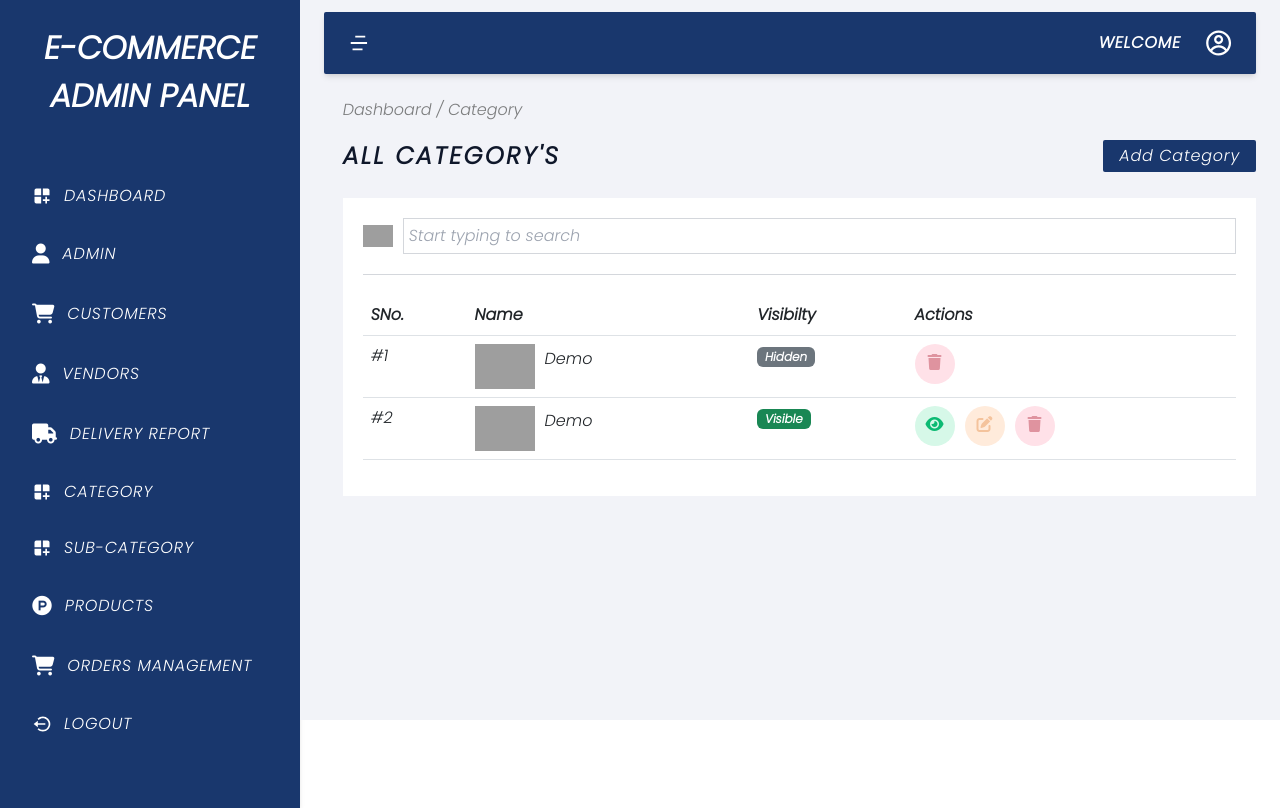
Repository: FlyweisReact/Hariom-Admin-Panel
Page: /E-Commerce/Category
An editor plug-in stored every save of this project. The page is shown before and after a run of saves, followed by the edit.
The browser window is 1280 px wide. The pictures show the whole page.
Pictures or frames that could not be fetched are drawn as grey boxes. Some web libraries are served in a nearby version. The project was rebuilt for these pictures with package versions that can differ from the ones it lists, and the page was loaded fresh each time. Also part of the build but not shown: src/vendorPanel/forms/VendorLogin.jsx, src/vendorPanel/layout/Navbar.jsx, src/vendorPanel/layout/Sidebar.jsx, src/vendorPanel/layout/HOC.jsx, src/vendorPanel/pages/AdminDiscount.js, src/vendorPanel/pages/AdminReview.js, src/vendorPanel/pages/Astrologers.js, src/vendorPanel/pages/Banners.js and 32 more.

Above is the page before, as saved 2023-04-26 19:17:02.

### public/index.html
<!-- @format -->

<!DOCTYPE html>
<html lang="en">
  <head>
    <meta charset="utf-8" />
    <meta name="viewport" content="width=device-width, initial-scale=1" />
    <meta name="theme-color" content="#000000" />
    <meta
      name="description"
      content="Web site created using create-react-app"
    />
    <link rel="apple-touch-icon" href="%PUBLIC_URL%/favicon.ico?v=2" />
    <link rel="manifest" href="%PUBLIC_URL%/manifest.json" />
    <link rel="preconnect" href="https://fonts.googleapis.com">
<link rel="preconnect" href="https://fonts.gstatic.com" crossorigin>
<link href="https://fonts.googleapis.com/css2?family=Roboto+Mono:ital,wght@1,300&display=swap" rel="stylesheet">
    <title>HariOm</title>
  </head>
  <body>
    <noscript>You need to enable JavaScript to run this app.</noscript>
    <div id="root"></div>
    <script src="https://code.jquery.com/jquery-3.6.0.min.js"></script>
    <script src="https://kit.fontawesome.com/b533b351e4.js" crossorigin="anonymous"></script>
  </body>
</html>

### src/index.js
import React from "react";
import ReactDOM from "react-dom/client";
import "./index.css";
import App from "./App";
import { BrowserRouter } from "react-router-dom";
import 'bootstrap/dist/css/bootstrap.min.css'

const root = ReactDOM.createRoot(document.getElementById("root"));
root.render(
  <React.StrictMode>
    <BrowserRouter>
      <App />
    </BrowserRouter>
  </React.StrictMode>
);

### src/index.css
/** @format */

@tailwind base;
@tailwind components;
@tailwind utilities;
@import url("https://fonts.googleapis.com/css2?family=Roboto+Mono:ital,wght@1,300&display=swap");
@font-face {
  font-family: Roboto;
  src: url("./Fonts/Poppins-LightItalic.ttf");
}
body {
  margin: 0;
  font-family: Roboto !important;
  -webkit-font-smoothing: antialiased;
  -moz-osx-font-smoothing: grayscale;
}

code {
  font-family: Roboto !important;
}

html {
  font-family: Roboto !important;
}

::-webkit-scrollbar {
  width: 10px;
}
.fa-trash {
  color: red;
  cursor: pointer;
}

.iCOn {

  transition: 0.5s;
  box-shadow: none;
  transform: scale(1);
}
.cardDiv{
  cursor: pointer;
}

.cardDiv:hover .iCOn{
  box-shadow: rgba(0, 0, 0, 0.35) 0px 5px 15px;
  transform: scale(1.3);
}

/* Track */
::-webkit-scrollbar-track {
  background: #f1f1f1;
}

/* Handle */
::-webkit-scrollbar-thumb {
  background: #888;
}

/* Handle on hover */
::-webkit-scrollbar-thumb:hover {
  background: #555;
}
.profileImage {
  width: 100px;
}
.fa-eye {
  color: #029aff;
  cursor: pointer;
}
.fa-edit {
  cursor: pointer;
  color: blue;
}

.View {
  border: 1px solid black;
  width: 100%;
  padding: 10px;
}

.main-card--container {
  display: grid;
  grid-template-columns: repeat(3, minmax(300px, 500px));
  grid-gap: 50px;
  justify-content: space-around;
}
.card-container {
  margin: 25px 0 auto;
  box-shadow: rgba(0, 0, 0, 0.35) 0px 5px 15px;
  position: relative;
  display: grid;
  grid-template-columns: 1fr;
  justify-content: space-around;
  align-items: flex-start;
}

.myEdit:focus {
  box-shadow: rgba(0, 0, 0, 0.35) 0px 5px 15px;
}



.AstroLogin{
  color: #fff;
  background-color: #2b7a8e;
  padding: 10px;
  width: 380px;
  text-align: center;
  font-size: 20px;
  background: linear-gradient(to left, #2b7a8e 50%, #fff 50%) right;
  background-size: 200%;
  transition: 0.5s ease-out;
  border: 1px solid #2b7a8e;
  margin-top: 10px;
  text-transform: uppercase;
}
.AstroLogin:hover {
  background-position: left;
  color: #2b7a8e;
}

.EcommerceAdminLogin{
  color: #fff;
  background-color: #19376d ;
  padding: 10px;
  width: 380px;
  text-align: center;
  font-size: 20px;
  background: linear-gradient(to left, #19376d 50%, #fff 50%) right;
  background-size: 200%;
  transition: 0.5s ease-out;
  border: 1px solid #19376d;
  margin-top: 10px;
  text-transform: uppercase;
}

.EcommerceAdminLogin:hover{
  background-position: left;
  color: #19376d;
}
.EcommerceVendorLogin{
  color: #fff;
  background-color: #576cbc;
  padding: 10px;
  width: 380px;
  text-align: center;
  font-size: 20px;
  background: linear-gradient(to left, #576cbc 50%, #fff 50%) right;
  background-size: 200%;
  transition: 0.5s ease-out;
  border: 1px solid #576cbc;
  margin-top: 10px;
  text-transform: uppercase;
}

.EcommerceVendorLogin:hover{
  background-position: left;
  color: #576cbc;
}

.view{
  background-color: #2196f3;
  color: #fff;
  width: 50%;
  padding: 5px;
}


.two-sec{
display:flex;
justify-content: space-evenly;
  justify-content: space-evenly;
}
.two-sec .left{
  width: 60%;
  background-color: #f6f1ef;
  padding: 20px;
 }
 .two-sec .left .head{
  font-size: 25px;
  font-weight: bold;
 }



.two-sec .right{
  width: 30%;
  background-color: #f6f1ef;
 }

 .searchDiv{
  width: 100%;
  display: flex;
  gap: 10px;
  border: 1px solid rgb(179, 179, 179);
  padding: 10px;
  margin-bottom: 20px;
  align-items: center;
 }
 .searchDiv input {
  width: 94%;
  outline: none;
  border: none;
 }

 .flexCont {
  display: flex;
  align-items: center;
  gap: 10px;
 }
 .flexCont img{
  width: 60px;
  background-color: #e9ecef;
 }

 .blockContent{
  display: block;
 }
 .blockContent p{
  margin: 0;
 }

 .checkBox{
  width: 50px;
  height: 25px;
  background-color: #e9ecef;
  border-radius: 50px;
  position: relative;
  cursor: pointer;
 }
 .checkBox span{
  width: 20px;
  height: 20px;
  border-radius: 100%;
  background-color: #fff;
  position: absolute;
  left: 5px;
  top: 2px;
 }
 .ActivecheckBox{
  width: 50px;
  height: 25px;
  background-color: #0d6efd;
  border-radius: 50px;
  position: relative;
  cursor: pointer;
 }
 .ActivecheckBox span{
  width: 20px;
  height: 20px;
  border-radius: 100%;
  background-color: #fff;
  position: absolute;
  right: 5px;
  top: 2px;
 }

 .fa-eye{
  color: #0cba73;
  background-color: #d6f8e8;
  width: 40px;
  text-align: center;
  height: 40px;
  display: flex;
  border-radius: 100%;
  justify-content: center;
  padding-top: 10px;  transition: 0.5s;
 }

 .fa-pen-to-square{
  color: #f4c39c;
  background-color: #ffebdb;
  width: 40px;
  text-align: center;
  height: 40px;
  display: flex;
  border-radius: 100%;
  justify-content: center;
  padding-top: 10px;
  cursor: pointer;  transition: 0.5s;
 }
 .fa-trash{
  color: #df939f;
  background-color: #ffe1e8;
  width: 40px;
  text-align: center;
  height: 40px;
  display: flex;
  border-radius: 100%;
  justify-content: center;
  padding-top: 10px;
  cursor: pointer;
  transition: 0.5s;
 }
 .fa-trash:hover{
  transform: scale(1.2);
 }
 .fa-eye:hover{
  transform: scale(1.2);
 }
 .fa-pen-to-square:hover{
  transform: scale(1.2);
 }
 .required{
  color: #e74260;
 }

 .headP{
  margin-left: 2%;
  color: #7b7c7d;
 }
 .filterBox{
  display: flex;
  align-items: center;
  gap: 10px;
  border-bottom: 1px solid #d4d7dc;
  padding-bottom: 20px;
  margin-bottom: 20px;
 }
 .filterBox img{
  width: 30px;

 }
 .filterBox input{
  width: 100%;
  border: 1px solid #d4d7dc;
  outline: none;
  padding: 5px;
  color: black;
 }
 .sectionCont{
  width: 98%;
  background-color: #fff;
  margin-left: 2%;
  padding: 20px;
 }

 .overFlowCont{
  width: 100%;
  overflow-x: auto;
 }

### src/E-CommerceAdmin/pages/ECategory.js
/** @format */

import React from "react";
import HOC from "../layout/HOC";
import { Table, Modal, Form, Button, Badge } from "react-bootstrap";

const ECategory = () => {
  const [modalShow, setModalShow] = React.useState(false);

  function MyVerticallyCenteredModal(props) {
    return (
      <Modal
        {...props}
        size="lg"
        aria-labelledby="contained-modal-title-vcenter"
        centered
      >
        <Modal.Header closeButton>
          <Modal.Title id="contained-modal-title-vcenter">
            {" "}
            Add Category
          </Modal.Title>
        </Modal.Header>
        <Modal.Body>
          <Form>
            <Form.Group className="mb-3">
              <Form.Label>Image</Form.Label>
              <Form.Control type="file" required />
            </Form.Group>
            <Form.Group className="mb-3">
              <Form.Label>Name</Form.Label>
              <Form.Control type="text" required />
            </Form.Group>
            <Form.Group className="mb-3">
              <Form.Label> Visibility</Form.Label>
              <Form.Select aria-label="Default select example" required>
                <option>-- Select --</option>
                <option>Hidden</option>
                <option>Visible</option>
              </Form.Select>
            </Form.Group>

            <Button style={{ backgroundColor: "#19376d", borderRadius: "0" }} type="submit">
              Submit
            </Button>
          </Form>
        </Modal.Body>
      </Modal>
    );
  }

  return (
    <>
      <MyVerticallyCenteredModal
        show={modalShow}
        onHide={() => setModalShow(false)}
      />

      <section>
        <p className="headP">Dashboard / Category</p>
        <div
          className="pb-4 sticky top-0  w-full flex justify-between items-center"
          style={{ width: "98%", marginLeft: "2%" }}
        >
          <span
            className="tracking-widest text-slate-900 font-semibold uppercase"
            style={{ fontSize: "1.5rem" }}
          >
            All Category's
          </span>
          <button
            onClick={() => {
              setModalShow(true);
            }}
            className="md:py-2 px-3 md:px-4 py-1 rounded-sm bg-[#19376d] text-white tracking-wider"
          >
            Add Category
          </button>
        </div>

        <section className="sectionCont">
          <div className="filterBox">
            <img
              src="https://t4.ftcdn.net/jpg/01/41/97/61/360_F_141976137_kQrdYIvfn3e0RT1EWbZOmQciOKLMgCwG.jpg"
              alt=""
            />
            <input type="search" placeholder="Start typing to search" />
          </div>

          <div className="overFlowCont">
            <Table>
              <thead>
                <tr>
                  <th>SNo.</th>
                  <th>Name</th>
                  <th>Visibilty</th>
                  <th>Actions</th>
                </tr>
              </thead>
              <tbody>
                <tr>
                <td>#1</td>
                  <td>
                  <span className="flexCont">
                      <img src='https://img.staticmb.com/mbcontent/images/uploads/2022/11/importance-for-vastu-for-home.jpg' alt="" />
                      <p> Demo</p>
                    </span>

                  </td>
                  <td>
                    <Badge bg='secondary' >Hidden</Badge>
                  </td>
                  <td>
                    <i className="fa-solid fa-trash" />
                  </td>
                </tr>
                <tr>
                <td>#2</td>
                  <td>
                  <span className="flexCont">
                      <img src='https://img.staticmb.com/mbcontent/images/uploads/2022/11/importance-for-vastu-for-home.jpg' alt="" />
                      <p> Demo</p>
                    </span>

                  </td>
                  <td>
                    <Badge bg='success' >Visible</Badge>
                  </td>
                  <td>
                  <span className="flexCont">
                      <i
                        class="fa-solid fa-eye"
                        onClick={() => setModalShow2(true)}
                      ></i>
                      <i
                        class="fa-solid fa-pen-to-square"
                        onClick={() => {
                          setEdit(true);
                          setModalShow(true);
                        }}
                      ></i>
                      <i
                        class="fa-sharp fa-solid fa-trash"
                        onClick={() => deleteHandler()}
                      ></i>
                    </span>
                  </td>
                </tr>
              </tbody>
            </Table>
          </div>
        </section>
      </section>
    </>
  );
};

export default HOC(ECategory);

### src/E-CommerceAdmin/layout/HOC.jsx
/** @format */

import React, { useState } from "react";
import Navbar from "./Navbar";
import Sidebar from "./Sidebar";

const HOC = (Wcomponenet) => {
  return function Component() {
    const [hamb, setHamb] = useState(false);
    return (
      <>
        <section className="flex overflow-x-hidden relative ">
          {/* Sidebar */}
          <div
            className={
              hamb
                ? " absolute top-0 z-30 md:w-auto shadow-md bg-slate-200  w-60 transition-all md:-left-full left duration-150  h-auto overflow-y-auto  left-0 "
                : " md:w-72 z-30 bg-slate-200  shadow-md  md:static absolute top-0 -left-full   transition-all duration-150  overflow-y-auto h-auto"
            }
            style={{ minWidth: "300px" }}
          >
            <Sidebar hamb={hamb} setHamb={setHamb} />
          </div>
          {/* Components & Navbar */}
          <div
            className={
              hamb
                ? " transition-all px-4 py-2  duration-150 w-full h-screen"
                : " w-full h-screen  px-4 py-2   z-50 transition-all duration-150 "
            }
            style={{backgroundColor : '#f2f3f8'}}
          >
            <Navbar hamb={hamb} setHamb={setHamb} />
            <div className="my-6 text-#000 h-[87%] wcomp overflow-y-auto">
              {" "}
              <Wcomponenet />
            </div>
          </div>
        </section>
      </>
    );
  };
};

export default HOC;

### src/E-CommerceAdmin/layout/Navbar.jsx
/** @format */

import { RiMenu4Line } from "react-icons/ri";
import { CgProfile } from "react-icons/cg";
import Form from "react-bootstrap/Form";
import { useState } from "react";
import Button from "react-bootstrap/Button";
import Modal from "react-bootstrap/Modal";
import Container from "react-bootstrap/Container";

function MyVerticallyCenteredModal(props) {
  return (
    <Modal
      {...props}
      size="lg"
      aria-labelledby="contained-modal-title-vcenter"
      centered
    >
      <Modal.Header closeButton>
        <Modal.Title id="contained-modal-title-vcenter">
          Edit Profile
        </Modal.Title>
      </Modal.Header>
      <Modal.Body>
        <Container style={{ width: "600px" }}>
          <Form>
            <Form.Group className="mb-3" controlId="formBasicEmail">
              <Form.Label>Name</Form.Label>
              <Form.Control type="text" placeholder="Admin" />
            </Form.Group>
            <Form.Group className="mb-3" controlId="formBasicPassword">
              <Form.Label>Email Address</Form.Label>
              <Form.Control type="email" placeholder="admin@gmail.com" />
            </Form.Group>
            <Form.Group className="mb-3" controlId="formBasicPassword">
              <Form.Label>Password</Form.Label>
              <Form.Control type="password" placeholder="Password" />
            </Form.Group>
            <Button variant="outline-success" type="submit">
              Edit
            </Button>
          </Form>
        </Container>
      </Modal.Body>
    </Modal>
  );
}

const Navbar = ({ hamb, setHamb }) => {
  const [modalShow, setModalShow] = useState(false);

  return (
    <>
      <MyVerticallyCenteredModal
        show={modalShow}
        onHide={() => setModalShow(false)}
      />

      <div
        className={
          hamb
            ? "flex  w-full justify-between  my-1 rounded-sm  p-4 py-3 shadow-md items-center  bg-slate-200 space-x-4"
            : "flex  w-full justify-between my-1 rounded-sm  p-4 py-3 shadow-md items-center  bg-slate-200 space-x-4"
        }
        style={{backgroundColor : '#19376d'}}
      >
        <RiMenu4Line
          onClick={() => setHamb(!hamb)}
          className="text-2xl font-bold text-gray-900 hover:scale-90 cursor-pointer"
          style={{color : '#fff'}}
        />

        <section className="flex sm:ml-auto justify-end sm:w-full items-center space-x-2  pr-2">
          <figcaption className="tracking-wider pl-1 font-semibold">
            <div className="lg:text-base text-sm text-gray-900  uppercase"    style={{color : '#fff'}}>
              Welcome
            </div>
          </figcaption>
        </section>

        <CgProfile
          onClick={() => setModalShow(true)}
          className="text-2xl sm:text-3xl font-bold text-[rgb(241,146,46)] cursor-pointer"
          style={{color : '#fff'}}
        />
      </div>
    </>
  );
};

export default Navbar;

### src/E-CommerceAdmin/layout/Sidebar.jsx
/** @format */

import React from "react";
import { RiCloseLine } from "react-icons/ri";
import { Link, useNavigate } from "react-router-dom";
import { BiLogOutCircle } from "react-icons/bi";
import { MdDashboardCustomize } from "react-icons/md";

const Sidebar = ({ hamb, setHamb }) => {
  const navigate = useNavigate();

  const nav = [
    {
      icon: <MdDashboardCustomize className="text-xl mr-3 rounded-full " />,
      link: "/E-Commerce/dashboard",
      name: "Dashboard",
    },

    {
      icon: (
        <i class="fa-solid fa-user text-xl mr-3 rounded-full"></i>
        ),
      link: "/E-Commerce/Admin",
      name: "Admin",
    },
    {
      icon: (
        <i className="fa-solid fa-cart-shopping text-xl mr-3 rounded-full"></i>
      ),
      link: "/E-Commerce/Admin/Customer",
      name: "Customers",
    },
    {
      icon:<i class="fa-solid fa-user-tie text-xl mr-3 rounded-full"></i>,
      link: "/E-Commerce/VendorList",
      name: "Vendors",
    },

    {
      icon: (
        <i class="fa-solid fa-truck  text-xl mr-3 rounded-full" ></i>
      ),
      link: "/E-Commerce/Admin/Delivery",
      name: "Delivery Report",
    },

    {
      icon: <MdDashboardCustomize className="text-xl mr-3 rounded-full " />,
      link: "/E-Commerce/Category",
      name: "Category",
    },

    {
      icon: (
        <MdDashboardCustomize className="text-xl mr-3 rounded-full " />
      ),
      link: "/E-Commerce/Admin/subCat",
      name: "Sub-Category",
    },

    {
      icon:<i className="fa-brands fa-product-hunt text-xl mr-3 rounded-full"></i>,
      link: "/E-Commerce/Product",
      name: "Products",
    },

    {
      icon: (
        <i className="fa-solid fa-cart-shopping text-xl mr-3 rounded-full"></i>
      ),
      link: "/E-commerce/Admin/Orders",
      name: "Orders Management",
    },
  ];

  const logOut = () => {
    navigate("/E-Commerce/login");
  };

  return (
    <>
      <aside
        className="p-4 h-auto"
        style={{ backgroundColor: "#19376d", minHeight: "100vh" }}
      >
        {/* Top */}
        <div className="w-full md:hidden relative  p-2 mb-4">
          <RiCloseLine
            onClick={() => setHamb(!hamb)}
            className="text-3xl  absolute top-2 sm:hover:rotate-[228deg] transition-transform font-bold right-2 sm:hover:text-[22px] text-[rgb(241,146,46)] cursor-pointer"
          />
        </div>{" "}
        <figure className="flex  flex-col items-center">
          <span
            className="font-bold text-[#fff]"
            style={{
              fontSize: "2rem",
              textAlign: "center",
              textTransform: "uppercase",
            }}
          >
            E-COMMERCE ADMIN PANEL
          </span>
        </figure>
        <nav className="py-6">
          {nav.map((nav) => {
            return (
              <Link
                to={nav.link}
                key={nav.name}
                className=""
                style={{ textDecoration: "none", textTransform: "uppercase" }}
              >
                <span
                  className="flex my-3 items-center cursor-pointer text-gray-900    tracking-wider p-2 rounded-sm"
                  style={{ color: "#FFF" }}
                >
                  {nav.icon} {nav.name}
                </span>
              </Link>
            );
          })}
          <span
            className="flex my-3 items-center cursor-pointer text-gray-900    tracking-wider p-2 rounded-sm"
            onClick={() => logOut()}
            style={{ color: "#FFF", textTransform: "uppercase" }}
          >
            <BiLogOutCircle className="text-xl mr-3 rounded-full " /> LogOut
          </span>
        </nav>
      </aside>
    </>
  );
};

export default Sidebar;

Loaded but not shown: tailwind.config.js (common file); src/App.js (97 lines, source omitted)

After the next 3 saves:
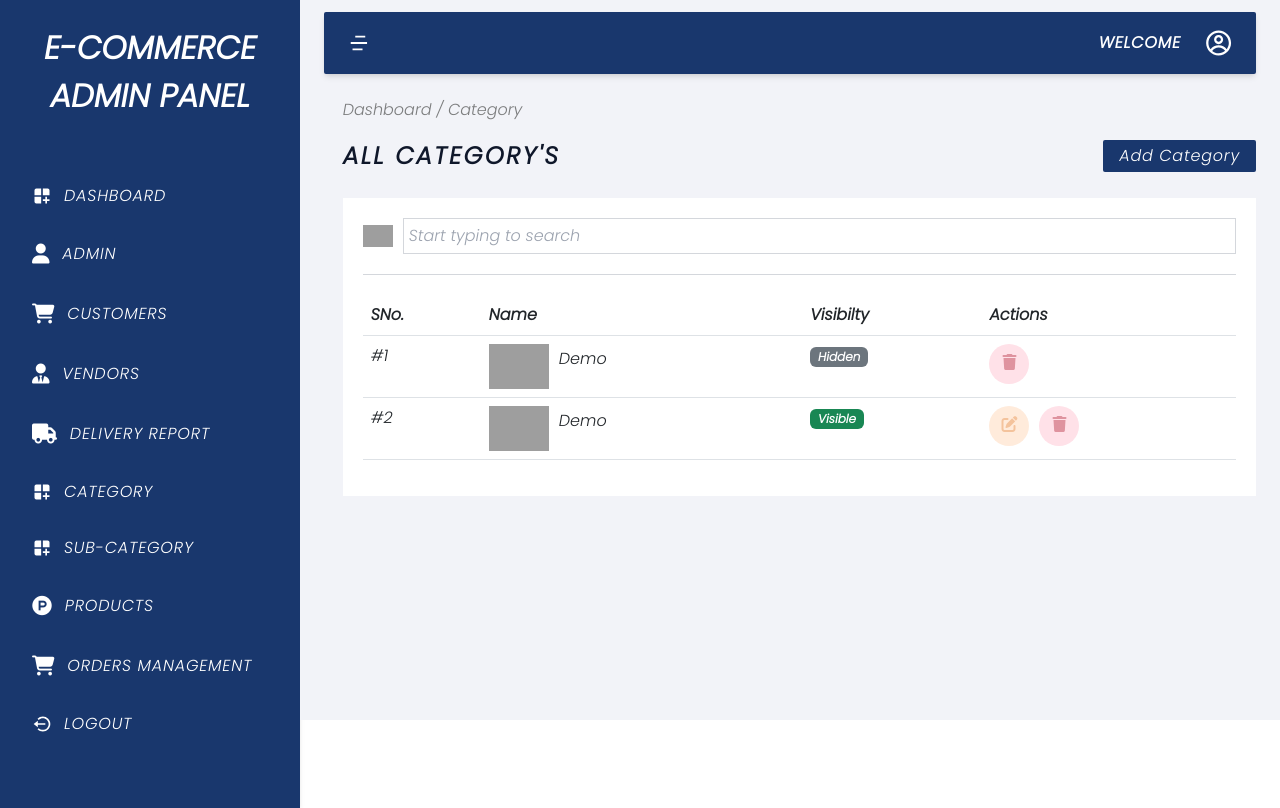
The 3 saves are shown as one change because they came seconds apart.
The last was saved 7 s later.
--- a/src/E-CommerceAdmin/pages/ECategory.js
+++ b/src/E-CommerceAdmin/pages/ECategory.js
@@ -128,20 +128,15 @@ const ECategory = () => {
                   </td>
                   <td>
                   <span className="flexCont">
-                      <i
-                        class="fa-solid fa-eye"
-                        onClick={() => setModalShow2(true)}
-                      ></i>
+
                       <i
                         class="fa-solid fa-pen-to-square"
                         onClick={() => {
-                          setEdit(true);
                           setModalShow(true);
                         }}
                       ></i>
                       <i
                         class="fa-sharp fa-solid fa-trash"
-                        onClick={() => deleteHandler()}
                       ></i>
                     </span>
                   </td>
